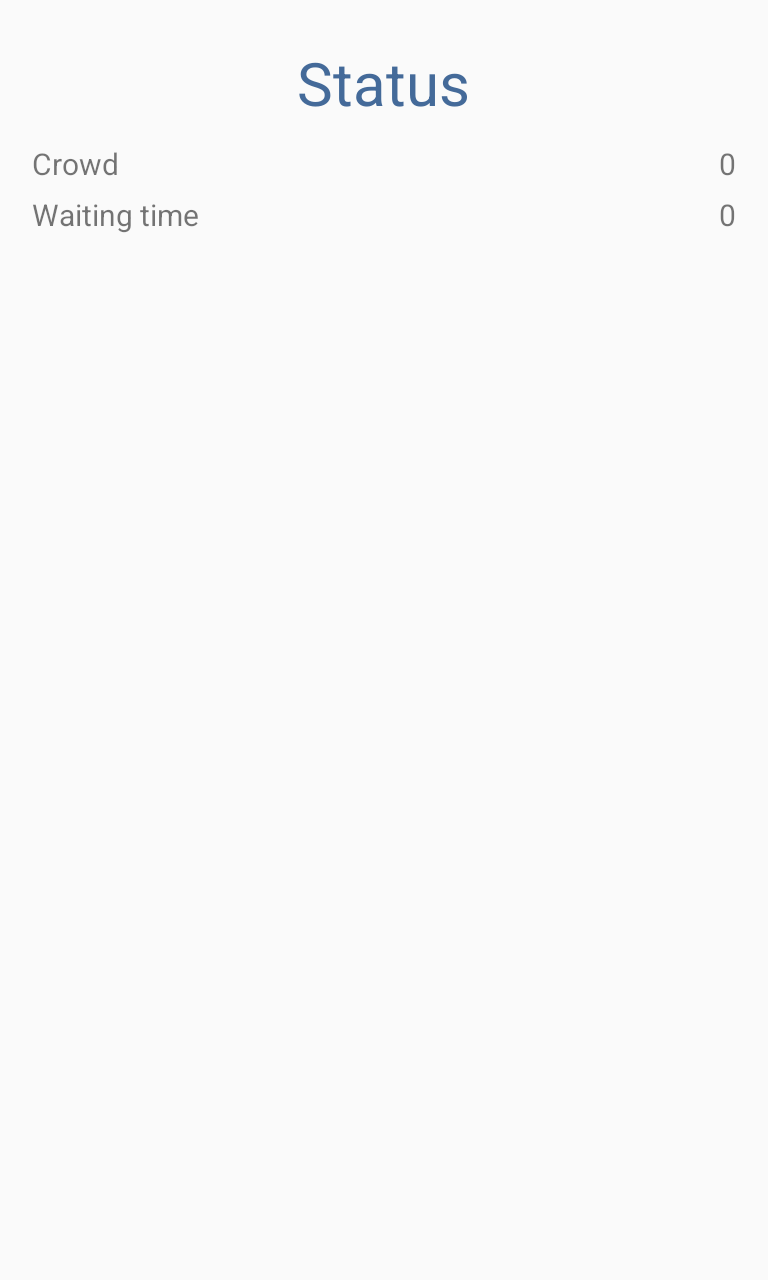
Repository: ag-chirag/brainwaves_enigma
Layout: mobile/Brainwaves/QLess/res/layout/activity_status.xml
An editor plug-in stored every save of this project. The layout is shown before and after the next save, followed by the edit.
It is drawn on a 768 x 1280 px phone screen (xhdpi) without system bars, with theme AppTheme; the app's code is not run.

Above is the layout before, as saved 2014-11-08 18:09:18.

### mobile/Brainwaves/QLess/res/layout/activity_status.xml
<RelativeLayout xmlns:android="http://schemas.android.com/apk/res/android"
    xmlns:tools="http://schemas.android.com/tools"
    android:layout_width="match_parent"
    android:layout_height="match_parent"
    android:paddingBottom="@dimen/activity_vertical_margin"
    android:paddingLeft="@dimen/activity_horizontal_margin"
    android:paddingRight="@dimen/activity_horizontal_margin"
    android:paddingTop="@dimen/activity_vertical_margin"
    tools:context="com.example.qless.StatusActivity" >

    <TextView
       	android:layout_width="wrap_content"
       	android:layout_height="wrap_content"
       	android:id="@+id/textview1"
       	android:text="@string/status"
       	android:layout_marginTop="5dp"
       	android:layout_centerHorizontal="true"
       	android:textColor="@color/blue"
        android:textSize="30sp"
        />

    <TextView
       	android:layout_width="wrap_content"
       	android:layout_height="wrap_content"
       	android:id="@+id/textview2"
       	android:text="@string/crowd"
       	android:layout_below="@+id/textview1"
       	android:layout_marginTop="10dp"
       	android:gravity="left"
        android:textSize="15sp"
        />

    <TextView
        android:layout_width="wrap_content"
        android:layout_height="wrap_content"
        android:id="@+id/customer_number"
        android:text="0"
        android:layout_below="@+id/textview1"
        android:layout_alignParentRight="true"
        android:layout_marginTop="10dp"
        android:gravity="right"
        android:textSize="15sp"
        />

    <TextView
       	android:layout_width="wrap_content"
       	android:layout_height="wrap_content"
       	android:id="@+id/textview3"
       	android:text="@string/time"
       	android:layout_below="@+id/textview2"
       	android:layout_marginTop="5dp"
       	android:gravity="left"
        android:textSize="15sp"
        />

    <TextView
        android:layout_width="wrap_content"
        android:layout_height="wrap_content"
        android:id="@+id/time_left"
        android:text="0"
        android:layout_below="@+id/textview2"
        android:layout_alignParentRight="true"
        android:layout_marginTop="5dp"
        android:gravity="right"
        android:textSize="15sp"
        />

</RelativeLayout>

### mobile/Brainwaves/QLess/res/values/string.xml
<?xml version="1.0" encoding="utf-8"?>
<resources>
    <string name="live_score_url"></string>
    <string name="get_match_leaderboard_url">c</string>
	<string name="app_name">QLess</string>
    <string name="todo">TODO</string>
    <string name="email_hint">Email</string>
    <string name="pwd_hint">Password</string>
    <string name="btn_name">Login</string>
    <string name="signup">Signup</string>
    <string name="accnt">Login</string>
    <string name="name">Name</string>
    <string name="signup_heading">LogIn!</string>
    <string name="notification">Push Notifications</string>
    <string name="choose_bank">Choose a Bank</string>
    <string name="status">Status</string>
    <string name="crowd">Crowd</string>
    <string name="time">Waiting time</string>
    <string name="accounts">Accounts</string>
    <string name="loans">Loans</string>
    <string name="transaction">Transaction</string>
    <string name="Others">Others</string>
</resources>

### mobile/Brainwaves/QLess/res/values/color.xml
<?xml version="1.0" encoding="utf-8"?>
<resources>

    <color name="blue">#446a99</color>
    <color name="red">#FF0000</color>
    <color name="black">#000000</color>
    <color name="green">#138808</color>
    <color name="bar">#ff0000</color>
    <color name="white">#fff</color>
    <color name="gray">#eeeeee</color>
    <color name="grey">	#CECECE</color>
    <color name="splash_bg">#eb5115</color>
        <color name="disable">#ccc</color>

    <color name="light_gray">#eeeeee</color>
    <color name="dark_gray">#424244</color>
    <color name="sirius_black">#000000</color>
    <color name="app_color">#ff8033</color>
    <color name="dashboard_bar">#ff8033</color>
    <color name="fixture_title">#000000</color>
    <color name="fixture_teams">#000</color>
    <color name="fixture_status">#000</color>
    <color name="score">#000</color>
    <color name="bar_sel">#ffa233</color>
    <color name="transparent_100">#FF000000</color>
    <color name="transparent_95">#F2000000</color>
    <color name="transparent_90">#E6000000</color>
    <color name="transparent_85">#D9000000</color>
    <color name="transparent_80">#CC000000</color>
    <color name="transparent_75">#BF000000</color>
    <color name="transparent_70">#B3000000</color>
    <color name="transparent_65">#A6000000</color>
    <color name="transparent_60">#99000000</color>
    <color name="transparent_55">#8C000000</color>
    <color name="transparent_50">#80000000</color>
    <color name="transparent_45">#73000000</color>
    <color name="transparent_40">#66000000</color>
    <color name="transparent_35">#59000000</color>
    <color name="transparent_30">#4D000000</color>
    <color name="transparent_25">#40000000</color>
    <color name="transparent_20">#33000000</color>
    <color name="transparent_15">#26000000</color>
    <color name="transparent_10">#1A000000</color>
    <color name="transparent_">#0D000000</color>
    <color name="transparent_0">#00000000</color>
    <color name="dashboard_bg">#eeeeee</color>
    <color name="circle_dashbord_count">#333333</color>
    <color name="live">#cc1111</color>
    <color name="no_matches_sel">#424244</color>
    <color name="no_matches_def">#333333</color>
    <color name="no_matches">#999999</color>
    <color name="bar_header">#2f74a7</color>
    <color name="chart_won">#2f74a7</color>
    <color name="chart_lost">#cc1111</color>
    <color name="chart_tie">#e04a3b</color>
    <color name="achievement">#3d96d8</color>
    <color name="player_name_solo">#ed5114</color>
    <color name="hrr">#333333</color>
    <color name="h_h_header">#666666</color>
    <color name="h_h_text">#333333</color>
    <color name="app_green">#779f38</color>
        <color name="transparent_50_app_color">#80ff8033</color>

</resources>

Loaded but not shown: mobile/Brainwaves/QLess/res/values/styles.xml (common file); mobile/Brainwaves/QLess/res/values-v11/styles.xml (common file); mobile/Brainwaves/QLess/res/values-v14/styles.xml (common file); mobile/Brainwaves/QLess/res/values/dimens.xml (common file); mobile/Brainwaves/QLess/res/values-w820dp/dimens.xml (common file)

After the next save:
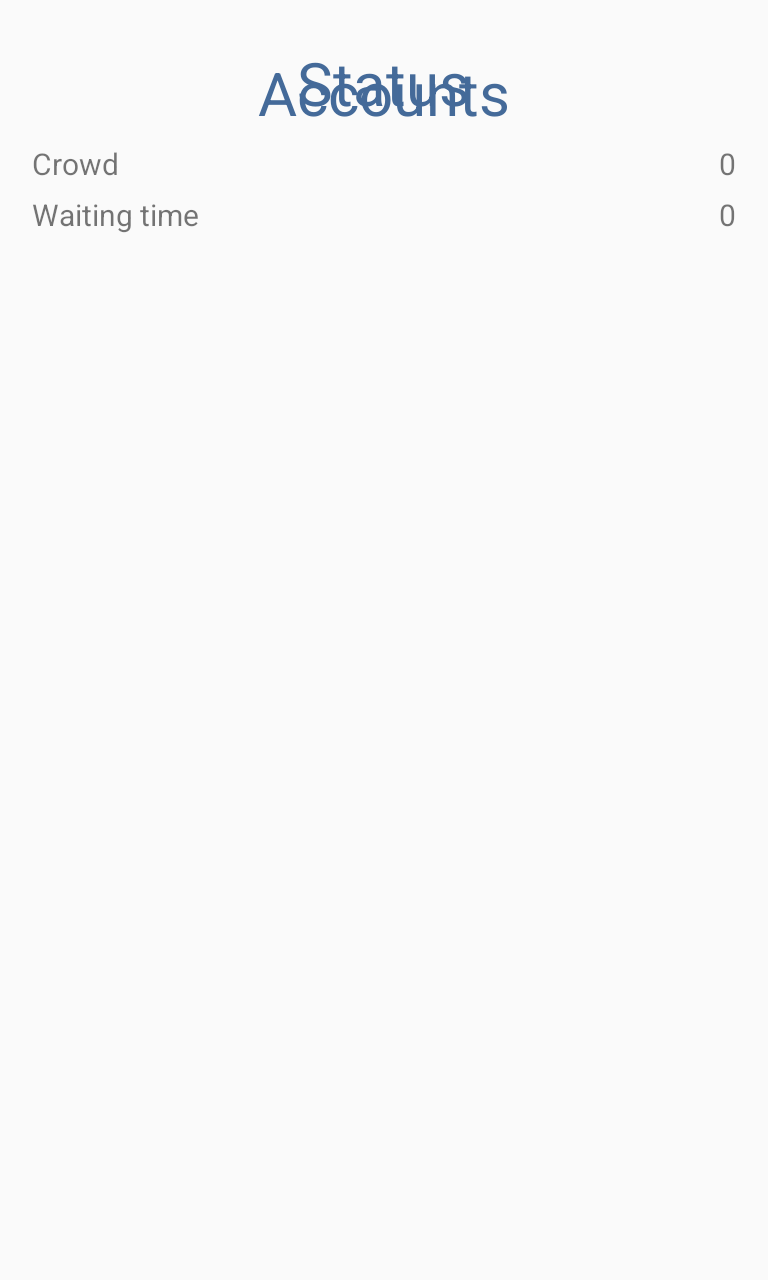
Saved 28 s later.
--- a/mobile/Brainwaves/QLess/res/layout/activity_status.xml
+++ b/mobile/Brainwaves/QLess/res/layout/activity_status.xml
@@ -22,10 +22,20 @@
     <TextView
        	android:layout_width="wrap_content"
        	android:layout_height="wrap_content"
+       	android:id="@+id/accounts"
+       	android:text="@string/accounts"
+       	android:layout_marginTop="10dp"
+       	android:layout_centerHorizontal="true"
+       	android:textColor="@color/blue"
+        android:textSize="30sp"
+        />
+    <TextView
+       	android:layout_width="wrap_content"
+       	android:layout_height="wrap_content"
        	android:id="@+id/textview2"
        	android:text="@string/crowd"
-       	android:layout_below="@+id/textview1"
-       	android:layout_marginTop="10dp"
+       	android:layout_below="@+id/accounts"
+       	android:layout_marginTop="5dp"
        	android:gravity="left"
         android:textSize="15sp"
         />
